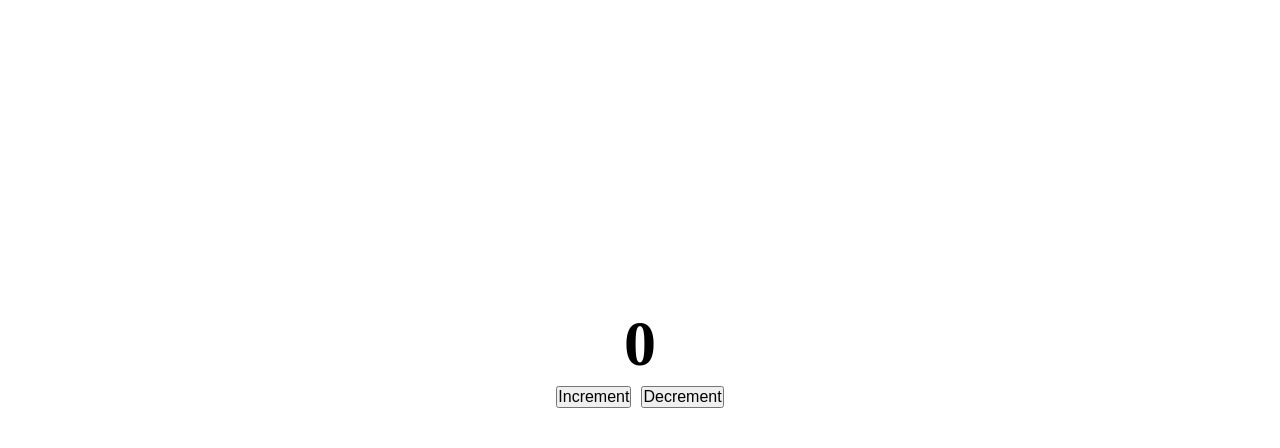
Repository: Ellisvelandia/react_introduction_test
Page: /
An editor plug-in stored every save of this project. The page is shown before and after a run of saves, followed by the edit.
The browser window is 1280 px wide. The pictures show the whole page.
The project was rebuilt for these pictures with package versions that can differ from the ones it lists, and the page was loaded fresh each time. Also part of the build but not shown: src/index.css.

Above is the page before, as saved 2022-08-15 19:47:51.

After the next 2 saves:
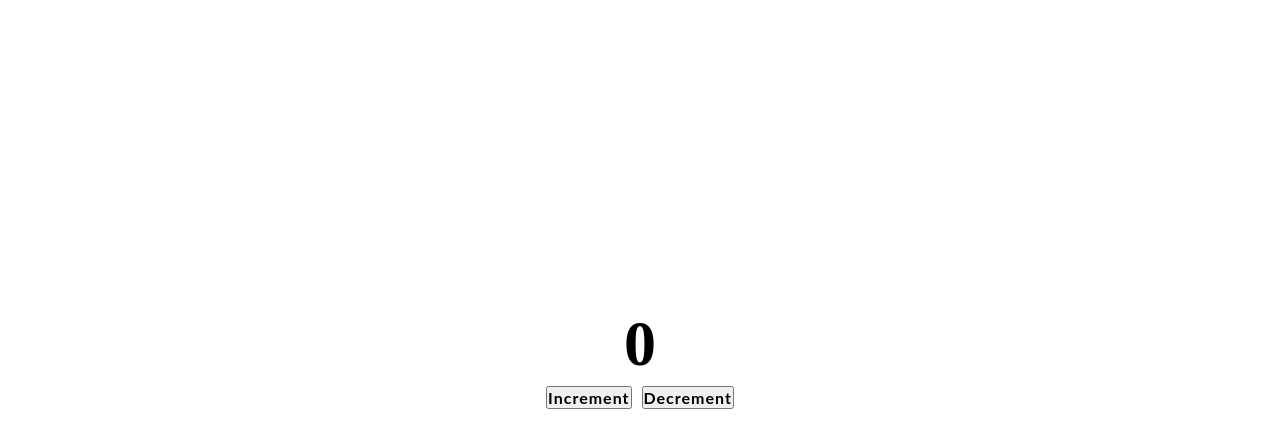
The 2 saves are shown as one change because they came seconds apart.
The last was saved 114 s later.
--- a/src/App.css
+++ b/src/App.css
@@ -25,4 +25,8 @@ h1 {
 button {
   font-size: 1rem;
   margin: 5px;
+  font-family: 'Lato', sans-serif;
+  font-weight: 300;
+  letter-spacing: 1px;
+  font-weight: bold;
 }
